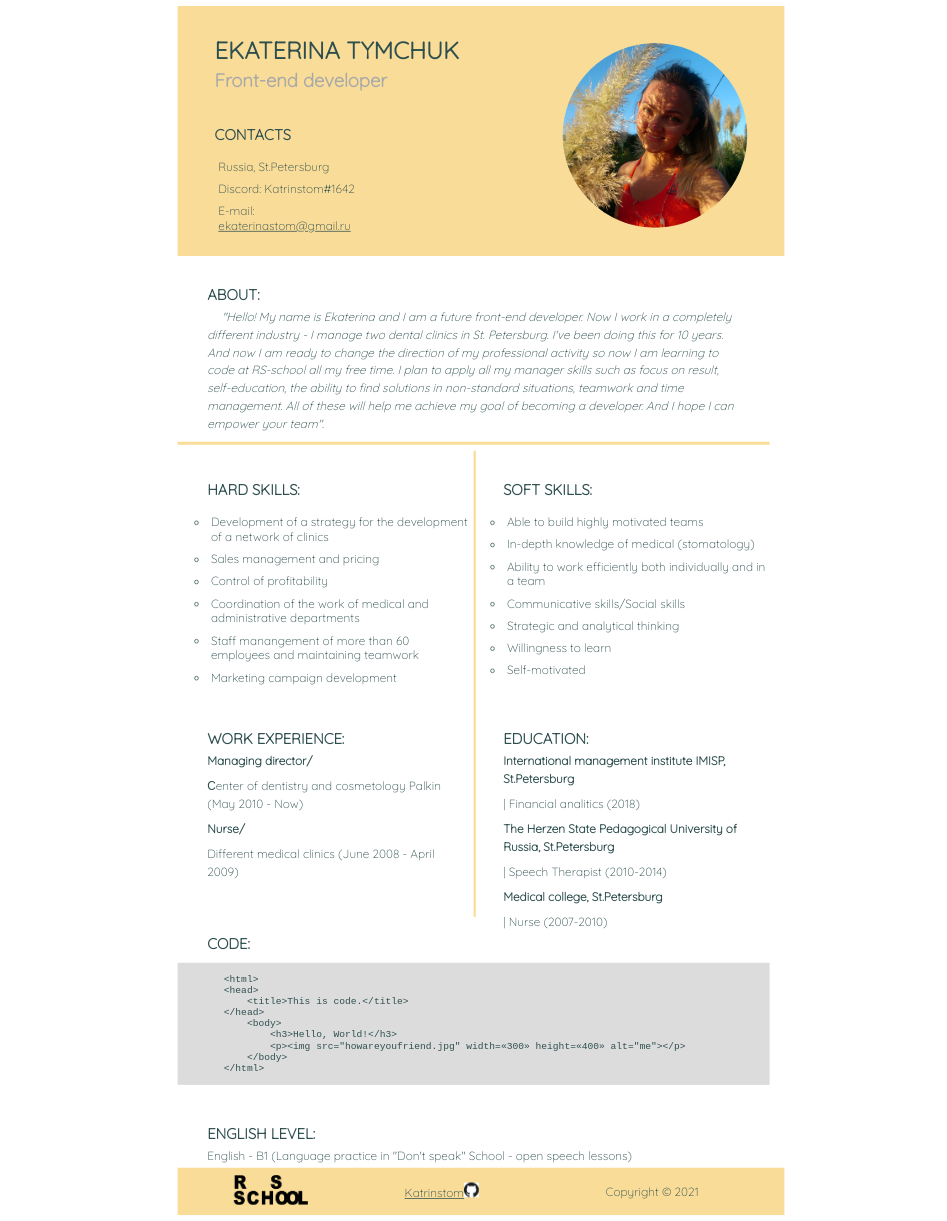
Repository: Katrinstom/rsschool-cv
Page: index.html
An editor plug-in stored every save of this project. The page is shown before and after the next save, followed by the edit.
The browser window is 1280 px wide. The pictures show the whole page, at 74% of full size.

Above is the page before, as saved 2022-01-02 18:18:21.

### index.html
<!DOCTYPE html>
<html lang="en">
<head>
    <meta charset="UTF-8">
    <meta http-equiv="X-UA-Compatible" content="IE=edge">
    <meta name="viewport" content="width=device-width, initial-scale=1.0">
    <title>CV</title>
    <link type="text/css" rel="stylesheet" href="style.css"/>
    <link rel="preconnect" href="https://fonts.googleapis.com">
    <link rel="preconnect" href="https://fonts.gstatic.com" crossorigin>
    <link href="https://fonts.googleapis.com/css2?family=Quicksand:wght@300&display=swap" rel="stylesheet">
</head>
<body>
    <div id="wrapper">
        <header class="bigblock">
                <img class="pic" src="images/1909_oooo.plus.png" alt="itsme" width="250" height="250">
                <h1>Ekaterina Tymchuk</h1>
                <h3>Front-end developer</h3>
                <h4>Contacts</h4>
                <ul class="nonumber">
                    <li>Russia, St.Petersburg</li>
                    <li>Discord: Katrinstom#1642</li>
                    <li>E-mail:<a href="mailto:ekaterinastom@gmail.ru">ekaterinastom@gmail.ru</a></li>
                </ul>
        </header>
        <article>
            <div class="block1">
                <h4>About:</h4>
                <p>"Hello! My name is Ekaterina and I am a future front-end developer. Now I work in a completely different industry - I manage two dental clinics in St. Petersburg. I've been doing this for 10 years. And now I am ready to change the direction of my professional activity so now I am learning to code at RS-school all my free time. I plan to apply all my manager skills such as focus on result, self-education, the ability to find solutions in non-standard situations, teamwork and time management. All of these will help me achieve my goal of becoming a developer. And I hope I can empower your team".</p>
            </div>
        </article>
        <hr>
        <div class="line"></div>
        <section>
            <div class="blockleft">
                <h4>Hard skills:</h4>
                <ul>
                    <li>Development of a strategy for the development of a network of clinics</li>
                    <li>Sales management and pricing</li>
                    <li>Control of profitability</li>
                    <li>Coordination of the work of medical and administrative departments</li>
                    <li>Staff manangement of more than 60 employees and maintaining teamwork</li>
                    <li>Marketing campaign development</li>
                </ul>
            </div>
            <div class="blockleft">
                <h4>Soft skills:</h4>
                <ul>
                    <li>Able to build highly motivated teams</li>
                    <li>In-depth knowledge of medical (stomatology)</li>
                    <li>Ability to work efficiently both individually and in a team</li>
                    <li>Communicative skills/Social skills</li>
                    <li>Strategic and analytical thinking</li>
                    <li>Willingness to learn</li>
                    <li>Self-motivated</li>
                </ul>
            </div>
        </section>
        <section>
            <div style="clear:both"></div>
            <div class="blockleft">
                <h4>Work experience:</h4>
                <b>Managing director/</b>
                <p>Сenter of dentistry and cosmetology Palkin (May 2010 - Now)</p>
                <b>Nurse/</b>
                <p>Different medical clinics (June 2008 - April 2009)</p>
            </div>
            <div class="blockleft">
                <h4>Education:</h4>
                <b>International management institute IMISP, St.Petersburg</b>
                <p>| Financial analitics (2018)</p>
                <b>The Herzen State Pedagogical University of Russia, St.Petersburg</b>
                <p>| Speech Therapist (2010-2014)</p>
                <b>Medical college, St.Petersburg</b>
                <p>| Nurse (2007-2010)</p>
            </div>
        </section>
        <section>
            <div class="block2">
                <h4>Code:</h4>
                <pre><code>
        &LT;html&GT;
        &LT;head&GT;
            &LT;title&GT;This is code.&LT;/title&GT;
        &LT;/head&GT;
            &LT;body&GT;
                &LT;h3&GT;Hello, World!&LT;/h3&GT;
                &LT;p&GT;&LT;img src="howareyoufriend.jpg" width=«300» height=«400» alt="me"&GT;&LT;/p&GT;
            &LT;/body&GT;
        &LT;/html&GT;
                </code></pre>
            </div>
            <div class="block2">
            <h4>English level:</h4>
            <p>English - B1 (Language practice in "Don't speak" School - open speech lessons)</p>
            </div>
        </section>
        <footer class="footer">
            <div class="flexcont">
                <a href="https://rs.school/js/"><img src="images/logo-rsschool3.png" alt="logo-rsschool3" width="100" height="40"></a>
                <a href="https://github.com/Katrinstom">Katrinstom<img src="images/gitpic.png" alt="gitlogo" width="20" height="20"></a>
                <p>Copyright © 2021</p>
             </div>
        </footer>
    </div>
</body>
</html>

### style.css
#wrapper {
    width: 800px;
    margin: 0 auto;
    background-color:white;
}
.bigblock {
    width: 800px;
    height: auto;
    background-color: #f9dc98;
    margin: 0;
    padding: 10px;
}
body {
    font-family: 'Quicksand', sans-serif;
}
h1 {
  padding: 30px 40px 5px;
  text-align: left;
  font-family:'Quicksand', sans-serif;
  font-weight: bold 700;
  font-size: 32px;
  text-transform: uppercase;
  color:darkslategray;
  margin: 0;
}
h3 {
    padding: 0px 40px 5px;
    text-align: left;
    font-family:'Quicksand', sans-serif;
    font-size: 25px;
    color:darkgrey;
    margin: 0;
}
h4 {
    font-family:'Quicksand', sans-serif;
    font-size: 20px;
    text-transform: uppercase;
    padding: 40px 40px 0px;
    text-align: left;
    color: darkslategray;
    margin: 0;
}
ul {
    list-style-type:circle;
    padding: auto;
}
.nonumber {
    list-style-type:none;
}
li {
    text-align: left;
    color: darkslategray;
    font-family: 'Quicksand', sans-serif;
    margin: 0;
    padding: 5px 5px 5px;
}
.block1 p {
    text-align: left;
    color: darkslategray;
    font-family: 'Quicksand', sans-serif;
    font-style: italic;
    margin: 0;
    height: auto;
    width: auto;
    padding: 5px 40px 5px;
    line-height: 1.5;
    text-indent: 20px;
}
.block2 {
    text-align: left;
    color: darkslategray;
    margin: 0;
    height: auto;
    width: auto;
    padding: 0;
}
.blockleft {
    text-align: left;
    color: darkslategray;
    font-family: 'Quicksand', sans-serif;
    margin: 0;
    float: left;
    height: auto;
    width: 50%;
    padding: 0;
}
.pic {
    border-radius: 50%;
    float: right;
    padding: 40px;
}
p, b {
    display: block;
    text-align: left;
    color: darkslategray;
    font-family: 'Quicksand', sans-serif;
    margin: 0;
    height: auto;
    width: auto;
    padding: 5px 40px 5px;
    line-height: 1.5;
}
.block2 code {
    text-align: left;
    background-color: gainsboro;
    display: block;
}
.flexcont {
    display: flex;
    flex-direction: row;
    justify-content: space-around;
    align-items: center;
}
a {
    display: block;
}
hr {
    border: solid 2px #f9dc98;
}
.line {
    border-left: solid 3px #f9dc98;
    height: 630px;
    position: absolute;
    left: 50%;
}
li a {
    color: darkslategray;
}
footer a {
    color: darkslategray;
}
.footer {
    width: 800px;
    height: auto;
    background-color: #f9dc98;
    margin: 0;
    padding: 10px;
}

After the next save:
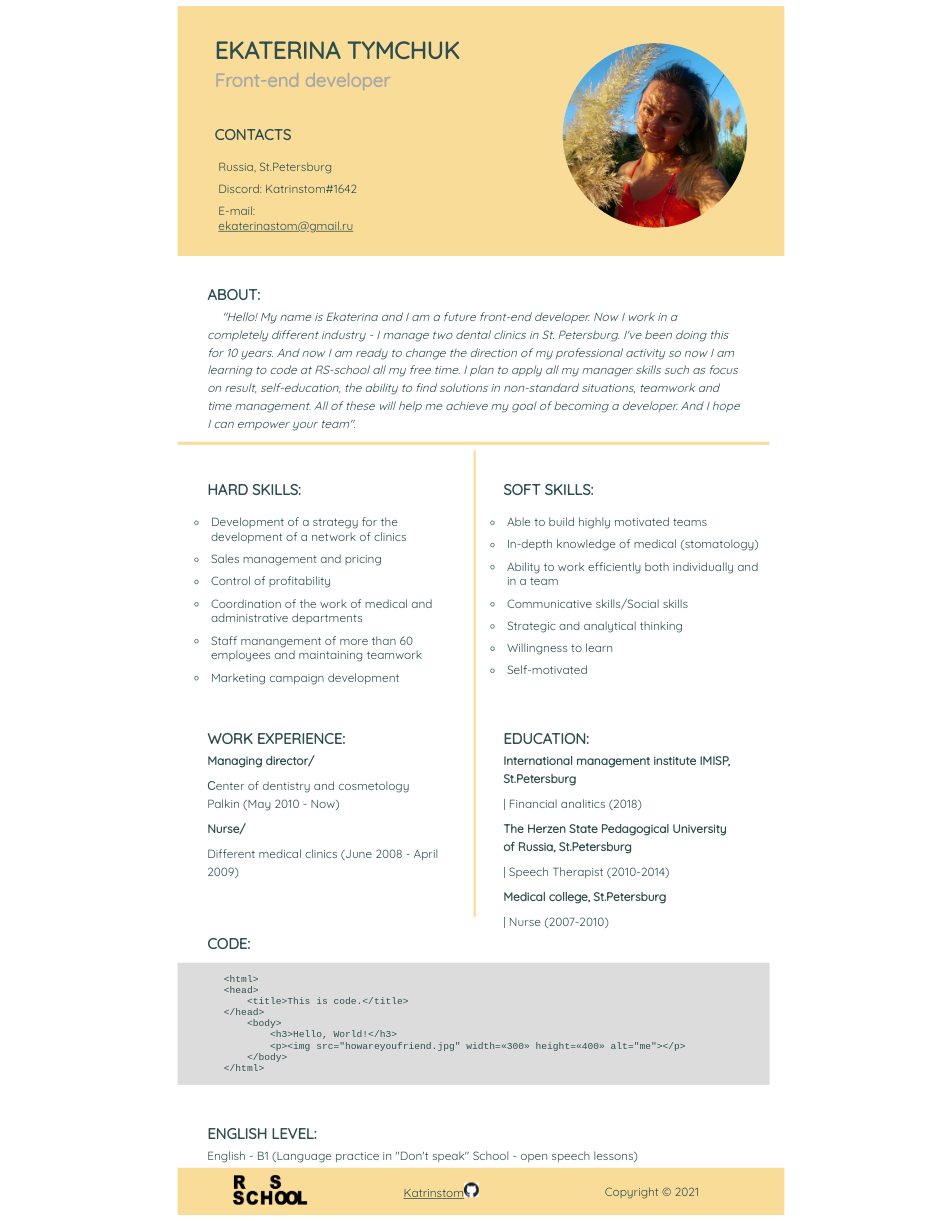
Saved 81 s later.
--- a/index.html
+++ b/index.html
@@ -7,8 +7,8 @@
     <title>CV</title>
     <link type="text/css" rel="stylesheet" href="style.css"/>
     <link rel="preconnect" href="https://fonts.googleapis.com">
-    <link rel="preconnect" href="https://fonts.gstatic.com" crossorigin>
-    <link href="https://fonts.googleapis.com/css2?family=Quicksand:wght@300&display=swap" rel="stylesheet">
+<link rel="preconnect" href="https://fonts.gstatic.com" crossorigin>
+<link href="https://fonts.googleapis.com/css2?family=Quicksand&display=swap" rel="stylesheet">
 </head>
 <body>
     <div id="wrapper">
